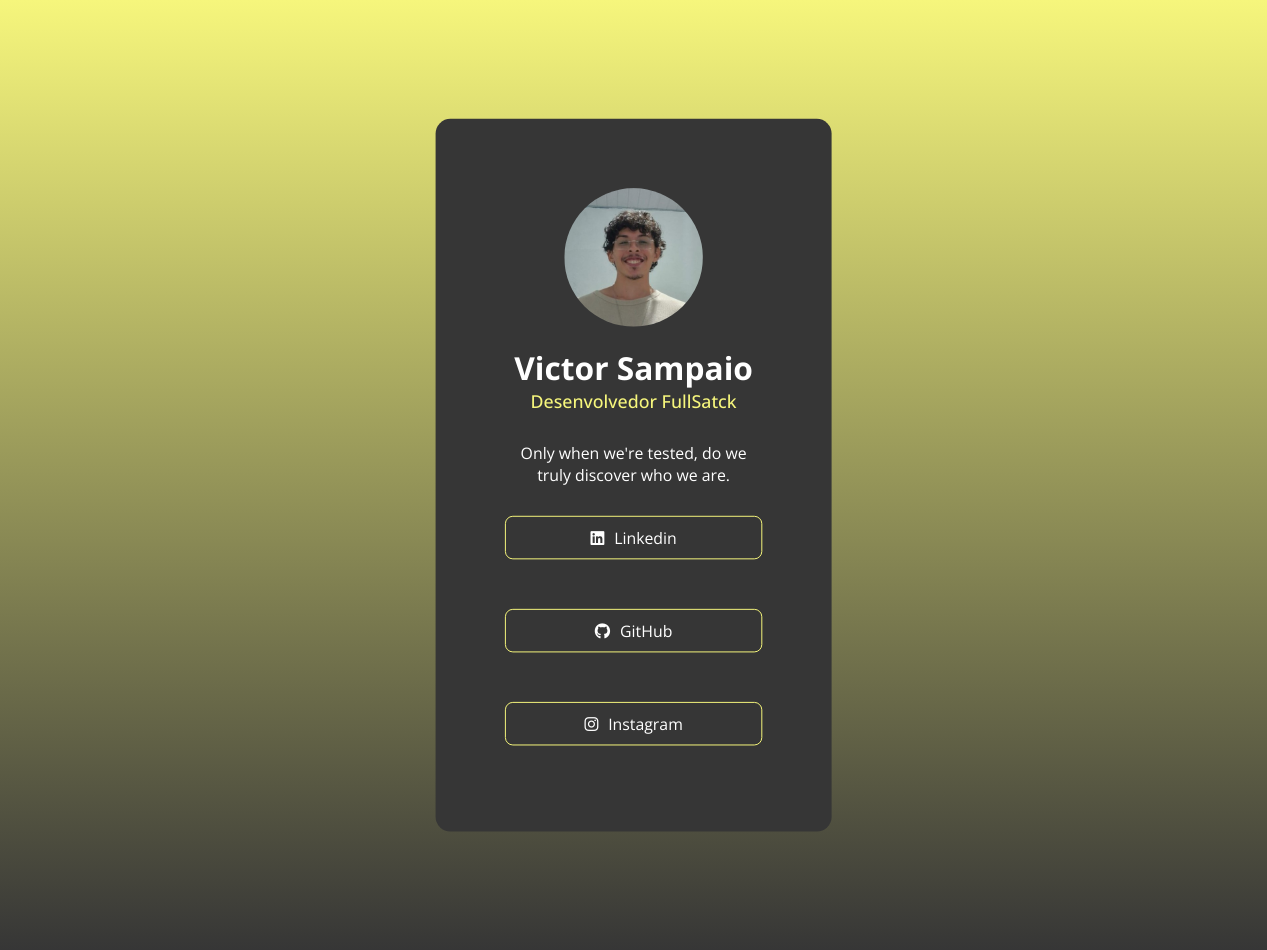
Repository: VictorSampaioDev/linkthree-gt9
Page: index.html
An editor plug-in stored every save of this project. The page is shown before and after the next save, followed by the edit.
The browser window is 1280 px wide. The pictures show the whole page, at 99% of full size.

Above is the page before, as saved 2025-04-11 11:56:52.

After the next save:
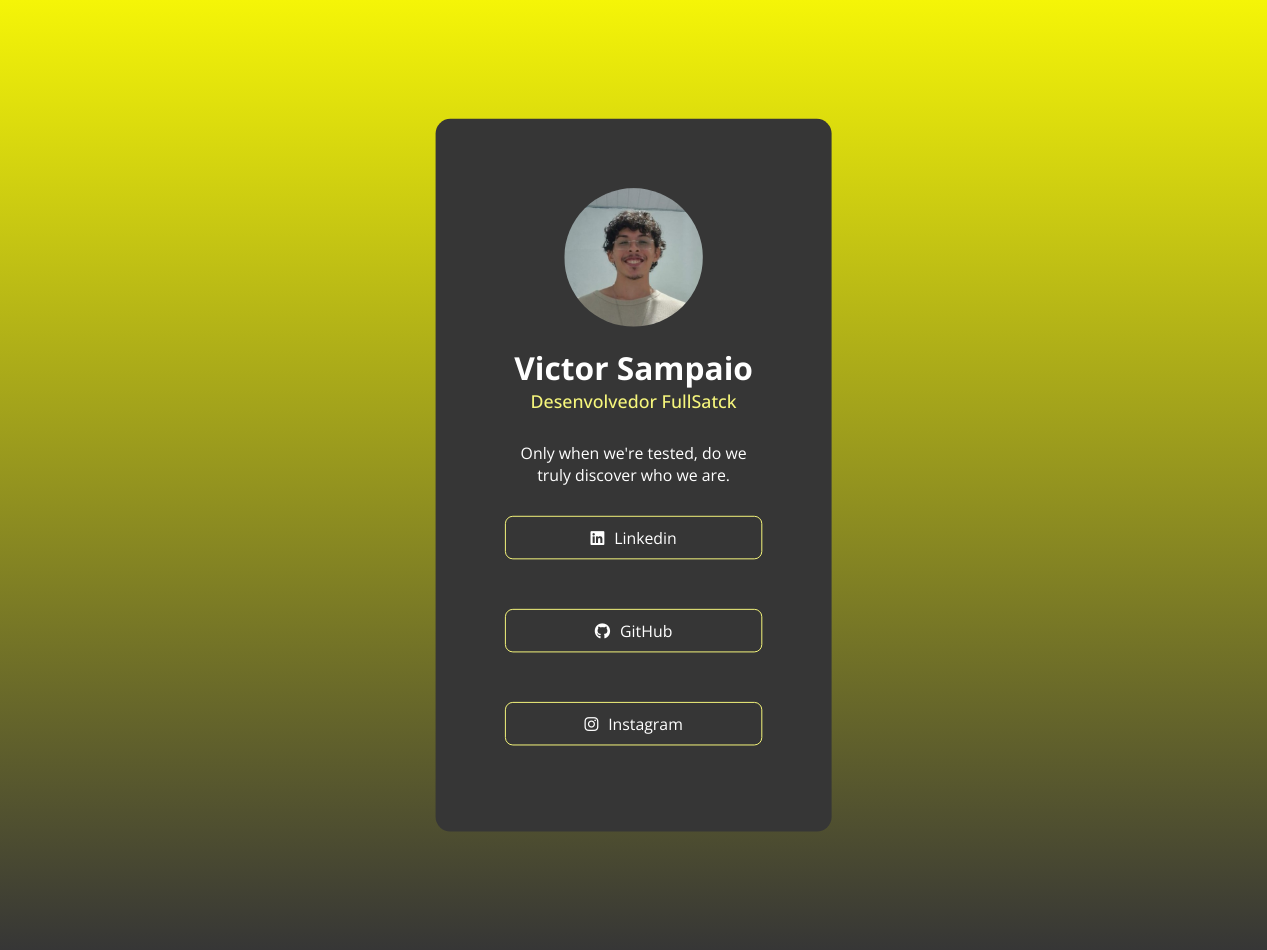
Saved 21 s later.
--- a/style.css
+++ b/style.css
@@ -7,7 +7,7 @@
 body{
     background: linear-gradient(
         to bottom,
-        rgb(246, 246, 124),
+        rgb(245, 245, 7),
         rgb(54, 54, 54)
     );
 
